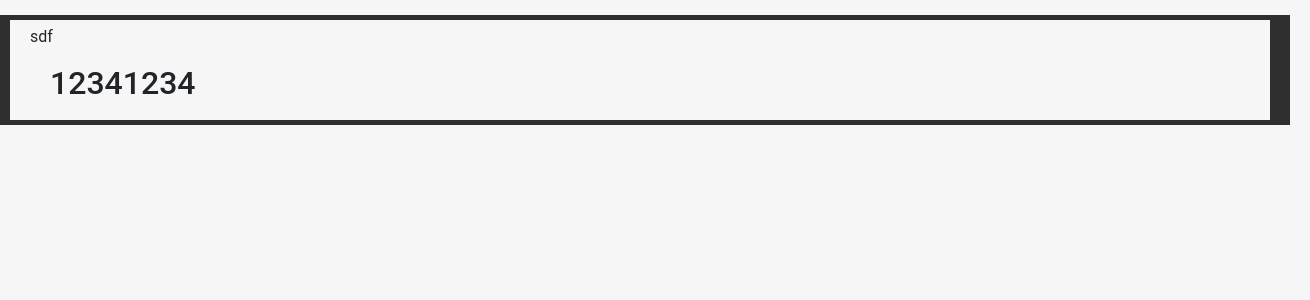
Repository: MiroslavWise/church-site
Page: /
An editor plug-in stored every save of this project. The page is shown before and after the next save, followed by the edit.
The browser window is 1280 px wide. The page is 1310 px wide, so the pictures cover 1310 px, including what lies to the right of the window. The pictures show the whole page.
The project was rebuilt for these pictures with package versions that can differ from the ones it lists, and the page was loaded fresh each time.

Above is the page before, as saved 2022-06-15 18:43:03.

After the next save:
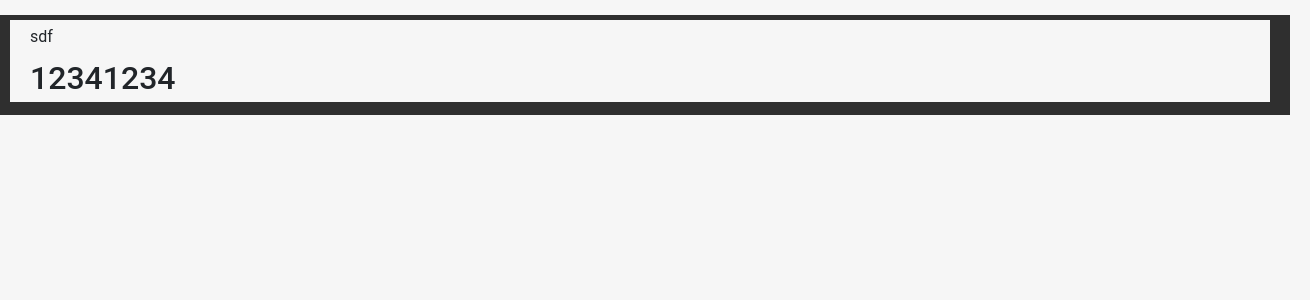
Saved 12 s later.
--- a/src/pages/Home/index.jsx
+++ b/src/pages/Home/index.jsx
@@ -4,7 +4,7 @@ export default () => {
 
         return(
                 <>
-                        <div><h2>12341234</h2></div>
+                        <><h2>12341234</h2></>
                 </>
         )
 }
